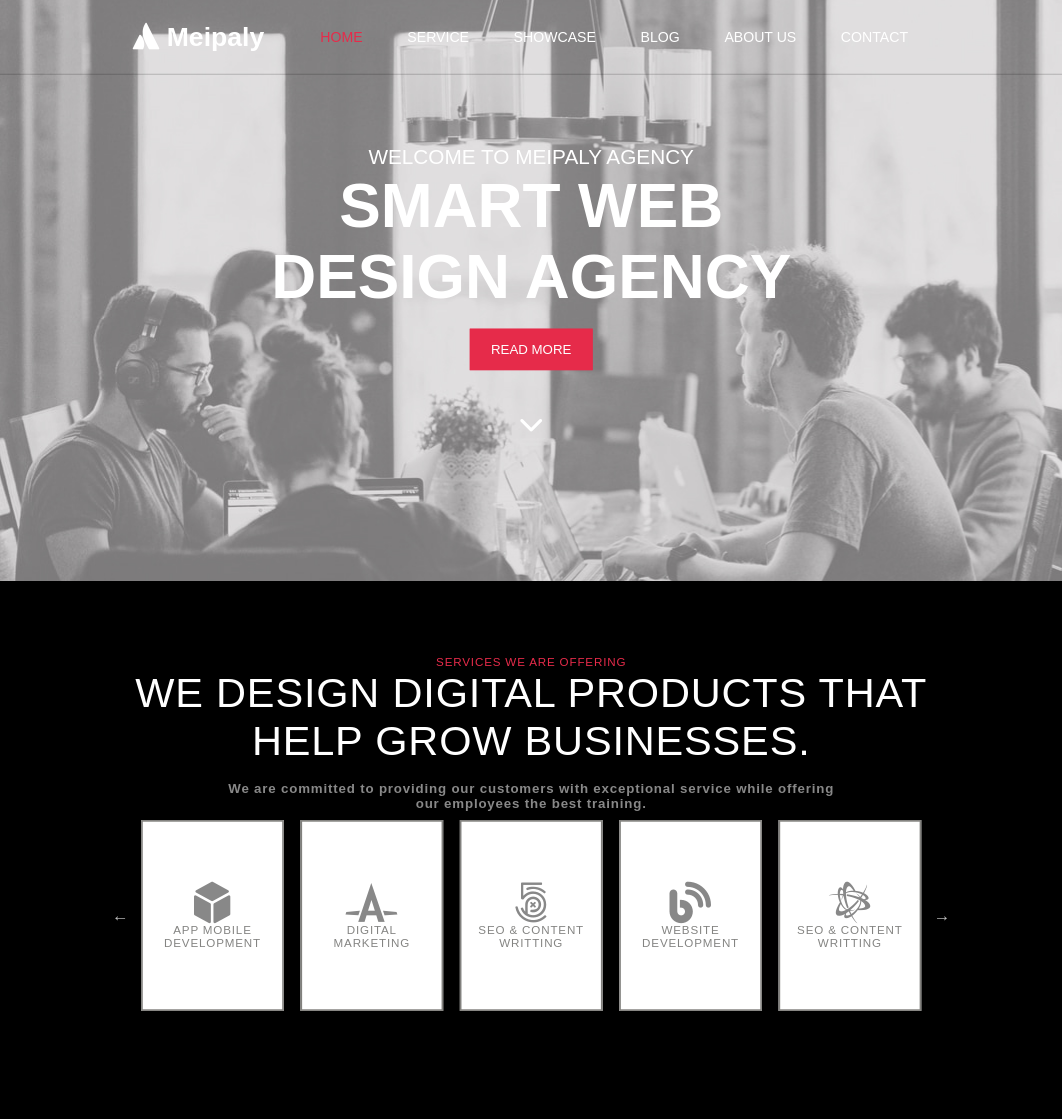
Repository: tudo1611/BC44_HTML5-CSS3_B6_MAIPALY_DO-TRUNG-TU
Page: index.html
An editor plug-in stored every save of this project. The page is shown before and after the next save, followed by the edit.
The browser window is 1280 px wide. The pictures show the whole page, at 83% of full size.
Some web fonts or font styles are not loaded; a fallback is used.

Above is the page before, as saved 2023-01-26 21:14:32.

### index.html
<!DOCTYPE html>
<html lang="en">
  <head>
    <meta charset="UTF-8" />
    <meta http-equiv="X-UA-Compatible" content="IE=edge" />
    <meta name="viewport" content="width=device-width, initial-scale=1.0" />
    <title>Document</title>
    <link
      rel="stylesheet"
      href="https://cdnjs.cloudflare.com/ajax/libs/font-awesome/6.2.1/css/all.min.css"
    />
    <!-- slick  -->
    <link rel="stylesheet" href="./css/slick.css">
    <link rel="stylesheet" href="./css/slick-theme.css">
    <!-- main css  -->
    <link rel="stylesheet" href="./css/style.css" />
  </head>
  <body>
    <header>
      <div class="header__content">
        <div class="header__logo">
          <i class="fab fa-atlassian"></i>
          <span>Meipaly</span>
        </div>
        <nav>
          <ul>
            <li class="active"><a href="#">Home</a></li>
            <li><a href="#">Service</a></li>
            <li><a href="#">Showcase</a></li>
            <li><a href="#">Blog</a></li>
            <li><a href="#">About us</a></li>
            <li><a href="#">Contact</a></li>
          </ul>
        </nav>
      </div>
    </header>
    <section class="banner"></section>
    <section class="carousel">
      <div class="carousel__content">
        <p>WELCOME TO MEIPALY AGENCY</p>
        <h1>
          SMART WEB <br />
          DESIGN AGENCY
        </h1>
        <button>READ MORE</button>
        <div class="carousel__scroll">
          <i class="fa fa-chevron-down"></i>
        </div>
      </div>
    </section>
    <section class="service">
      <div class="service__content">
        <div class="service__title">
          <p>SERVICES WE ARE OFFERING</p>
          <h2>WE DESIGN DIGITAL PRODUCTS THAT HELP GROW BUSINESSES.</h2>
          <p>
            We are committed to providing our customers with exceptional service
            while offering <br />
            our employees the best training.
          </p>
        </div>
        <div class="service__slider">
          <div class="slick-content">
            <div class="item">
              <i class="fa fa-dice-d6"></i>
              <p>
                APP MOBILE <br />
                DEVELOPMENT
              </p>
            </div>
            <div class="item">
              <i class="fab fa-autoprefixer"></i>
              <p>
                DIGITAL <br />
                MARKETING
              </p>
            </div>
            <div class="item">
              <i class="fab fa-500px"></i>
              <p>
                SEO &#38; CONTENT <br />
                WRITTING
              </p>
            </div>
            <div class="item">
              <i class="fa fa-blog"></i>
              <p>
                WEBSITE <br />
                DEVELOPMENT
              </p>
            </div>
            <div class="item">
              <i class="fab fa-battle-net"></i>
              <p>
                 SEO &#38; CONTENT <br />
                WRITTING
              </p>
            </div>
            <div class="item">
              <i class="fa fa-memory"></i>
              <p>
                APP MOBILE <br />
                DEVELOPMENT
              </p>
            </div>
          </div>
        </div>
      </div>
    </section>
    <section class="blogs"></section>
    <section class="number"></section>
    <section class="experience"></section>
    <section class="contact"></section>
    <script src="https://code.jquery.com/jquery-3.6.3.slim.js" integrity="sha256-DKU1CmJ8kBuEwumaLuh9Tl/6ZB6jzGOBV/5YpNE2BWc=" crossorigin="anonymous"></script>
    <script src="./js/slick.min.js"></script>

    <script>
 $(document).ready(function(){
  $('.slick-content').slick({
    dots:true,
     infinite: true,
  slidesToShow: 5,
  slidesToScroll: 5
  });
});

    </script>
  </body>
</html>

### css/style.css
* {
  margin: 0;
  padding: 0;
  box-sizing: border-box;
}
html,
body {
  font-family: "Oswald", sans-serif;
  font-size: 62.5%;
  color: #fff;
}
/* header  */
header {
  background-color: transparent;
  border-bottom: 1px solid rgba(0, 0, 0, 0.2);
  position: absolute;
  z-index: 10;
  width: 100%;
}
.header__content {
  width: 75%;
  margin: 0 auto;
  display: flex;
  justify-content: space-between;
  align-items: center;
  padding: 2.6rem 0;
}
.header__content ul {
  list-style: none;
}
.header__logo {
  font-size: 3.2rem;
  font-weight: 700;
  /* color: #fff; */
}
.header__content li {
  display: inline-block;
  padding: 0 2.6rem;
}
.header__content li.active a {
  color: #e62b4a;
}
.header__content li a {
  font-size: 1.7rem;
  color: #fff;
  text-transform: uppercase;
  text-decoration: none;
}
/* carousel  */
.carousel {
  background-image: url(../img/home_slider.jpg);
  background-size: cover;
  background-position: center;
  height: 70rem;
  display: flex;
  justify-content: center;
  align-items: center;
}
.carousel__content {
  text-align: center;
}
.carousel__content p {
  font-size: 2.5rem;
}
.carousel__content h1 {
  font-size: 7.5rem;
}
.carousel__content button {
  font-size: 1.6rem;
  margin-top: 2rem;
  padding: 1.5rem 2.5rem;
  background-color: #e62b4a;
  color: white;
  border: 1px solid #e62b4a;
  cursor: pointer;
  transition: all 0.5s;
}
.carousel__content button:hover {
  background-color: #af2239;
}
.carousel__scroll i {
  margin-top: 5rem;
  font-size: 3rem;
  animation: arrowDown 1s linear 0s infinite;
}

/* service  */
.service {
  text-align: center;
  padding: 9rem 0;
  background-color: #000;
}
.service__content {
  width: 75%;
  margin: 0 auto;
  letter-spacing: 1px;
}
.service__title {
  text-align: center;
}
.service__title p:first-of-type {
  font-size: 1.4rem;
  color: #e62b4a;
  font-weight: 300;
}
.service__title h2 {
  font-size: 5rem;
  color: #fff;
  font-weight: 400;
}
.service__title p:last-of-type {
  font-size: 1.6rem;
  color: #888888;
  font-weight: 700;
  margin-top: 2rem;
}
.service__slide {
  margin-top: 2rem;
}

.service__slider .item {
  width: 21.4rem;
  height: 23rem;
  border: 2px solid #81807d;
  background-color: #fff;
  color: #848482;
  text-align: center;
  margin: 1rem;
  display: flex;
  flex-direction: column;
  justify-content: center;
  align-items: center;
  position: relative;
}
.service__slider .item i{
  font-size: 5rem;
  color: #888888;
}
.service__slider .item p{
  font-size: 1.4rem;
}
.service__slider .item::after{
  content: "";
  height: 0;
  width: 5px;
  background-color: #e62b4a;
  display: block;
  position: absolute;
  top: 0;
  right: 0;
  transition: all .2s linear;
}
.service__slider .item:hover::after{
  height: 100%;
}




@keyframes arrowDown {
  form {
    opacity: 1;
    transform: translateY(0);
  }
  to {
    opacity: 0;
    transform: translateY(4rem);
  }
}

Loaded but not shown: css/slick.css (common file); css/slick-theme.css (library); js/slick.min.js (library)

After the next save:
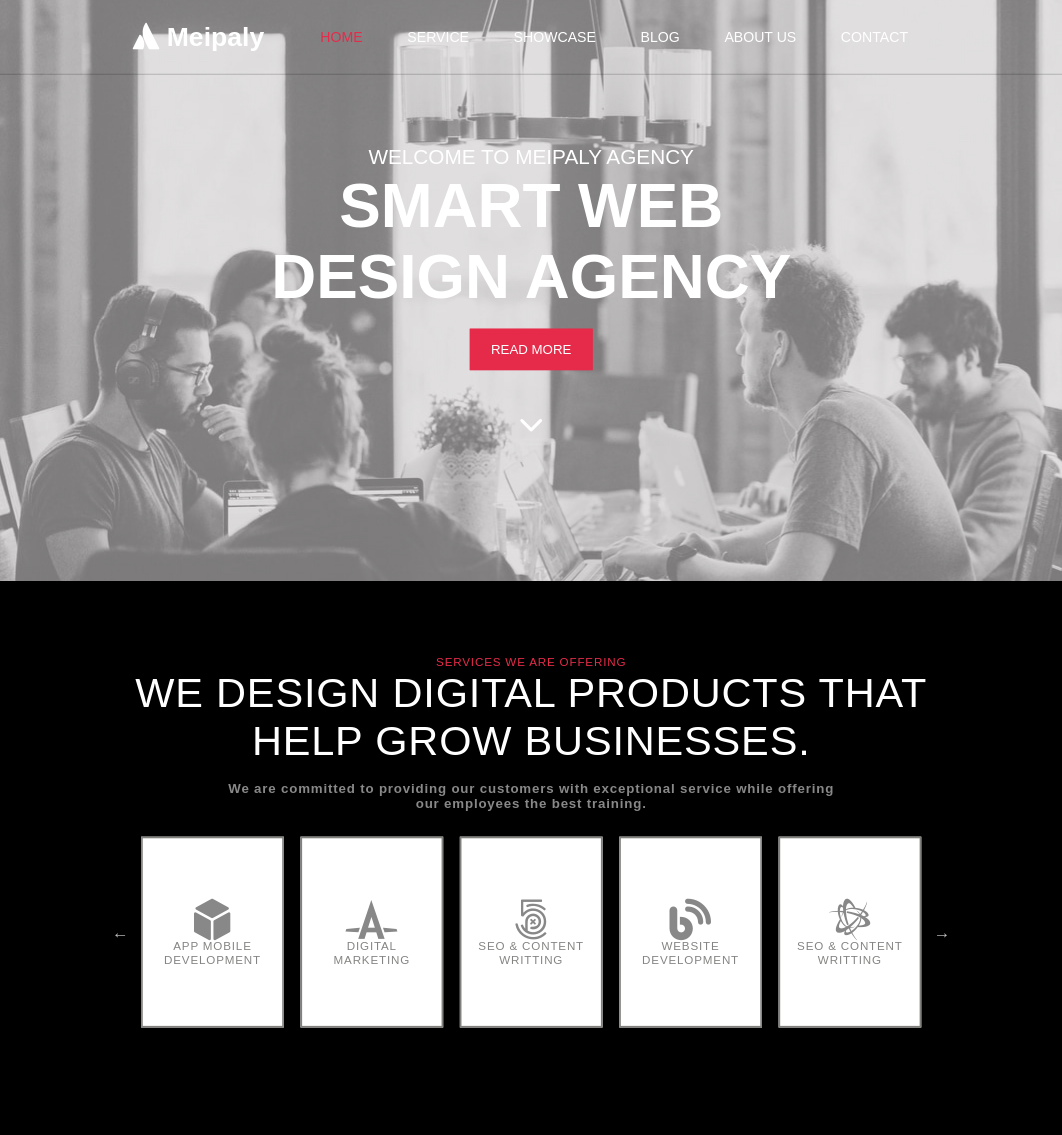
Saved 4 min 58 s later.
--- a/css/style.css
+++ b/css/style.css
@@ -114,7 +114,7 @@ header {
   font-weight: 700;
   margin-top: 2rem;
 }
-.service__slide {
+.service__slider {
   margin-top: 2rem;
 }
 
